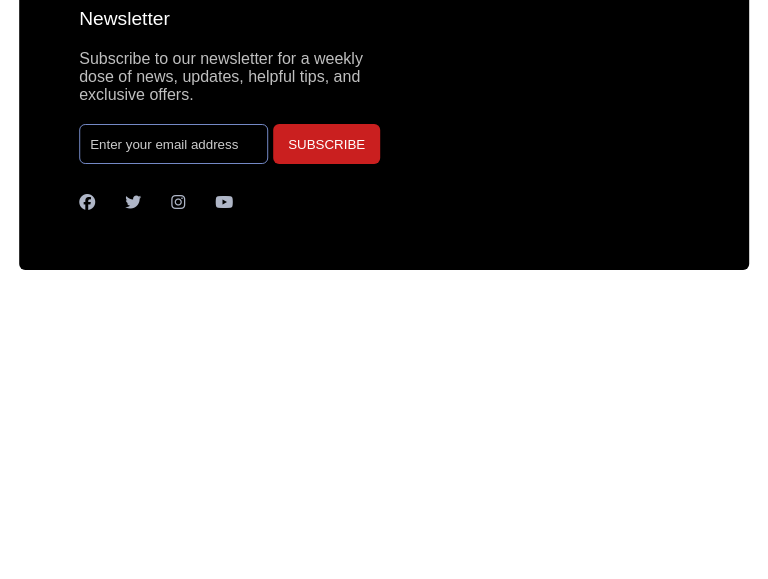
Repository: syni18/responsive_footer
Page: index.html
The author's editor kept a copy of each file at every save. The page is drawn from the files as they stood at one save, then again after a run of saves.
The browser window is 768 px wide. The pictures show the whole page.
Some web libraries are served in a nearby version.

Above is the page before, as saved 2023-11-03 17:24:43.

### index.html
<!DOCTYPE html>
<html lang="en">
<head>
    <meta charset="UTF-8">
    <meta name="viewport" content="width=device-width, initial-scale=1.0">
    <link rel="stylesheet" href="https://cdnjs.cloudflare.com/ajax/libs/font-awesome/6.4.2/css/all.in.css">
    <link rel="stylesheet" href="style.css">
    <title>Responsive footer</title>
</head>
<body>
    <section class="footer">
        <div class="footer-row">
            <div class="footer-col">
                <h4>Info</h4>
                <ul class="links">
                    <li><a href="#">Abouts</a></li>
                    <li><a href="#">Compression</a></li>
                    <li><a href="#">Customers</a></li>
                    <li><a href="#">Services</a></li>
                    <li><a href="#">Collection</a></li>
                </ul>
            </div>

            <div class="footer-col">
                <h4>Get Help</h4>
                <ul class="links">
                    <li><a href="#">FAQ</a></li>
                    <li><a href="#">Shipping</a></li>
                    <li><a href="#">Returns</a></li>
                    <li><a href="#">Orders</a></li>
                    <li><a href="#">Payments</a></li>
                </ul>
            </div>

            <div class="footer-col">
                <h4>Quick Links</h4>
                <ul class="links">
                    <li><a href="#">Terms and Conditions</a></li>
                    <li><a href="#">Privacy Policy</a></li>
                    <li><a href="#">Disclaimer</a></li>
                </ul>
            </div>

            <div class="footer-col">
                <h4>Newsletter</h4>
                <p>
                    Subscribe to our newsletter for a weekly dose of news, updates, helpful tips, and exclusive offers.
                </p>
                <form action="#">
                    <input type="email" name="email" id="email" placeholder="Enter your email address">
                    <button type="submit">SUBSCRIBE</button>
                </form>
                <div class="icons">
                    <i class="fa-brands fa-facebook"></i>
                    <i class="fa-brands fa-twitter"></i>
                    <i class="fa-brands fa-instagram"></i>
                    <i class="fa-brands fa-youtube"></i>
                </div>
            </div>
        </div>
    </section>
</body>
</html>

### style.css
*{
    margin: 0;
    padding: 0;
    box-sizing: border-box;
    font-family: sans-serif;
}
.footer{
    position: absolute;
    top: 50%;
    left: 50%;
    transform: translate(-50%, -50%);
    max-width: 1280px;
    width: 95%;
    background: #000;
    border-radius: 6px;
}
.footer .footer-row{
    display: flex;
    flex-wrap: wrap;
    justify-content: space-between;
    gap: 3.5rem;
    padding: 60px;
}
.footer-row .footer-col h4 {
    color: #fff;
    font-size: 1.2rem;
    font-weight: 400;
}
.footer-col .links li{
    list-style: none;
    margin-bottom: 10px;
}
.footer-col .links li a {
    text-decoration: none;
    color: #bfbfbf;
}
.footer-col .links li a:hover{
    color: #fff;
}
.footer-col p {
    margin: 20px 0;
    color: #bfbfbf;
    max-width: 300px;
}
.footer-col form{
    display: flex;
    gap: 5px;
}
.footer-col input{
    height: 40px;
    border-radius: 6px;
    background: none;
    width: 100%;
    outline: none;
    border: 1px solid #7489c6;
    caret-color: #fff;
    color: #fff;
    padding-left: 10px;
}
.footer-col input::placeholder{
    color: #ccc;
}
.footer-col form button{
    background: #ca1f1f;
    color: #fff;
    outline: none;
    border: none;
    padding: 10px 15px;
    border-radius: 6px;
    cursor: pointer;
    font-weight: 500;
    transition: 0.2s ease;
}
.footer-col form button:hover{
    background: #cecccc;
}
.footer-col .icons {
    display: flex;
    margin-top: 30px;
    gap: 30px;
    cursor: pointer;
}
.footer-col .icons i {
    color: #afb6c7;
}

@media (max-width: 768px) {
    .footer{
        position: relative;
        bottom: 0;

    }
}

After the next 6 saves:
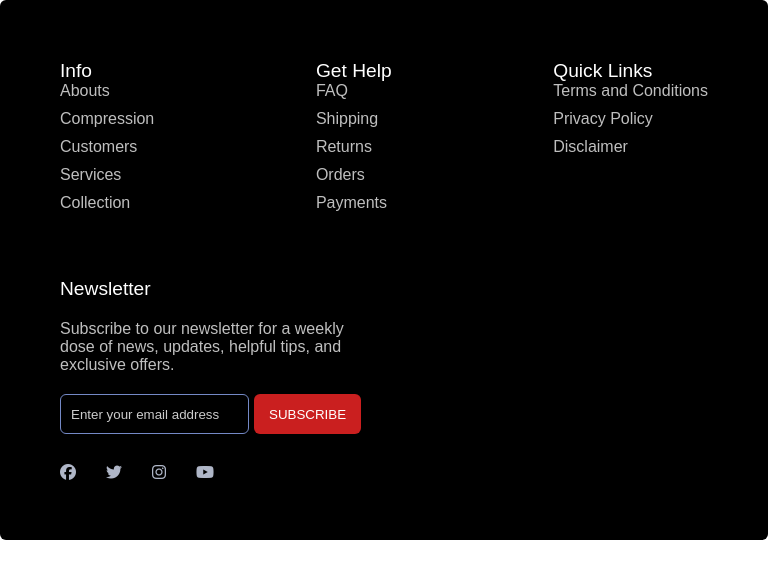
The 6 saves are shown as one change because they came seconds apart.
The last was saved 14 s later.
--- a/style.css
+++ b/style.css
@@ -88,6 +88,8 @@
     .footer{
         position: relative;
         bottom: 0;
+        left: 0;
+        transform: none;
 
-    }
+width: 100%;    }
 }
